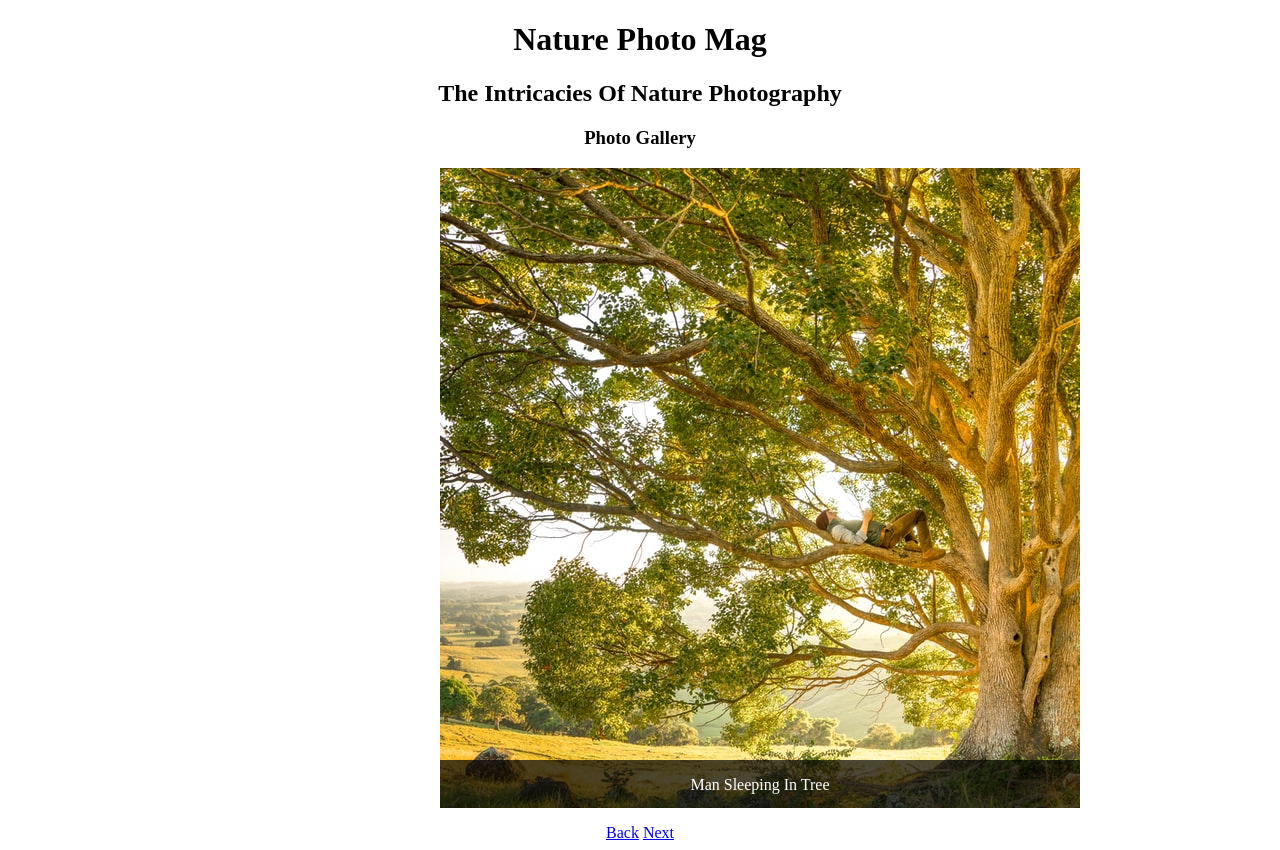
Repository: alexmaddux99/Image-Gallery
Page: index.html
An editor plug-in stored every save of this project. The page is shown before and after the next save, followed by the edit.
The browser window is 1280 px wide. The pictures show the whole page.

Above is the page before, as saved 2022-03-08 12:21:00.

After the next save:
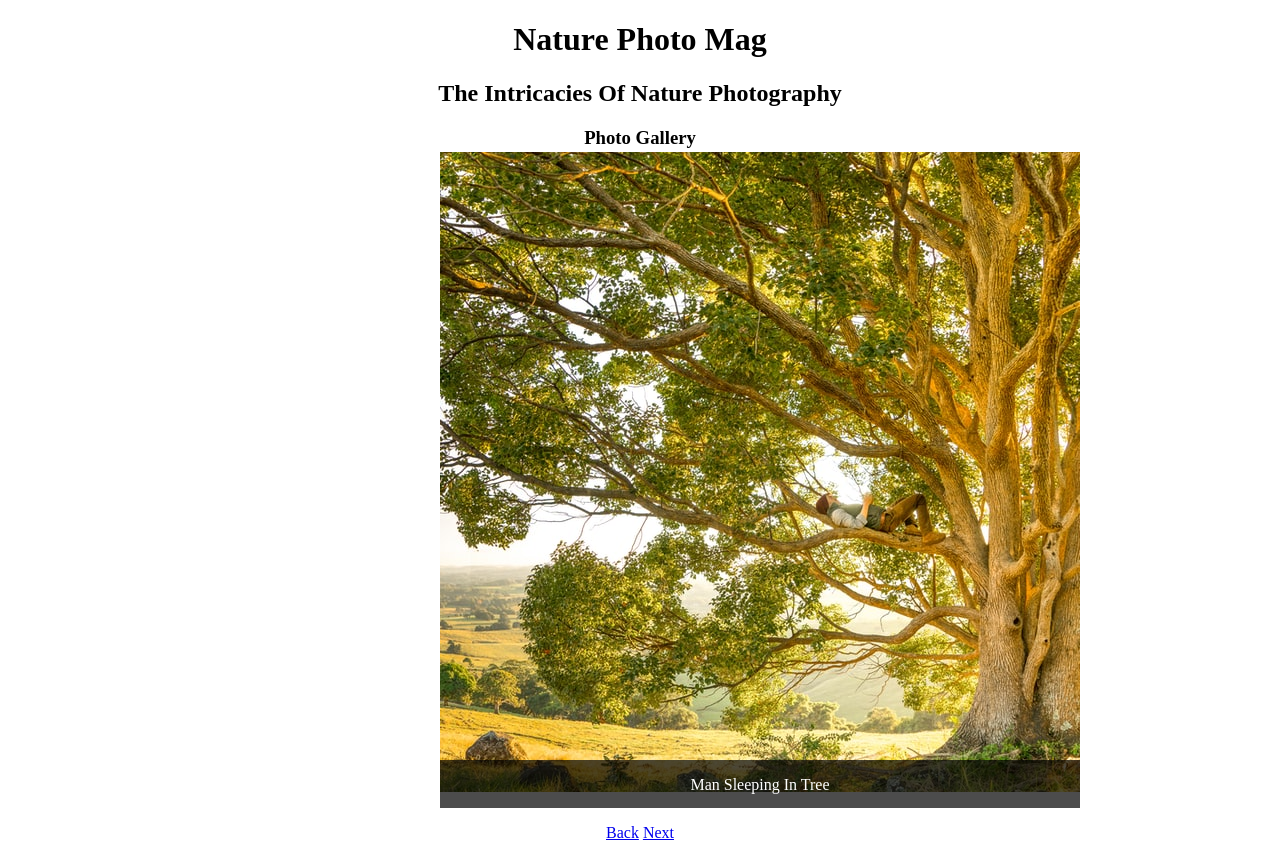
Saved 70 s later.
--- a/css/main.css
+++ b/css/main.css
@@ -55,3 +55,10 @@ section {
 .controls {
   display: none;
 }
+
+
+figure{
+  display: flex;
+    align-items: center;
+    justify-content: center;
+}

After the save that followed:
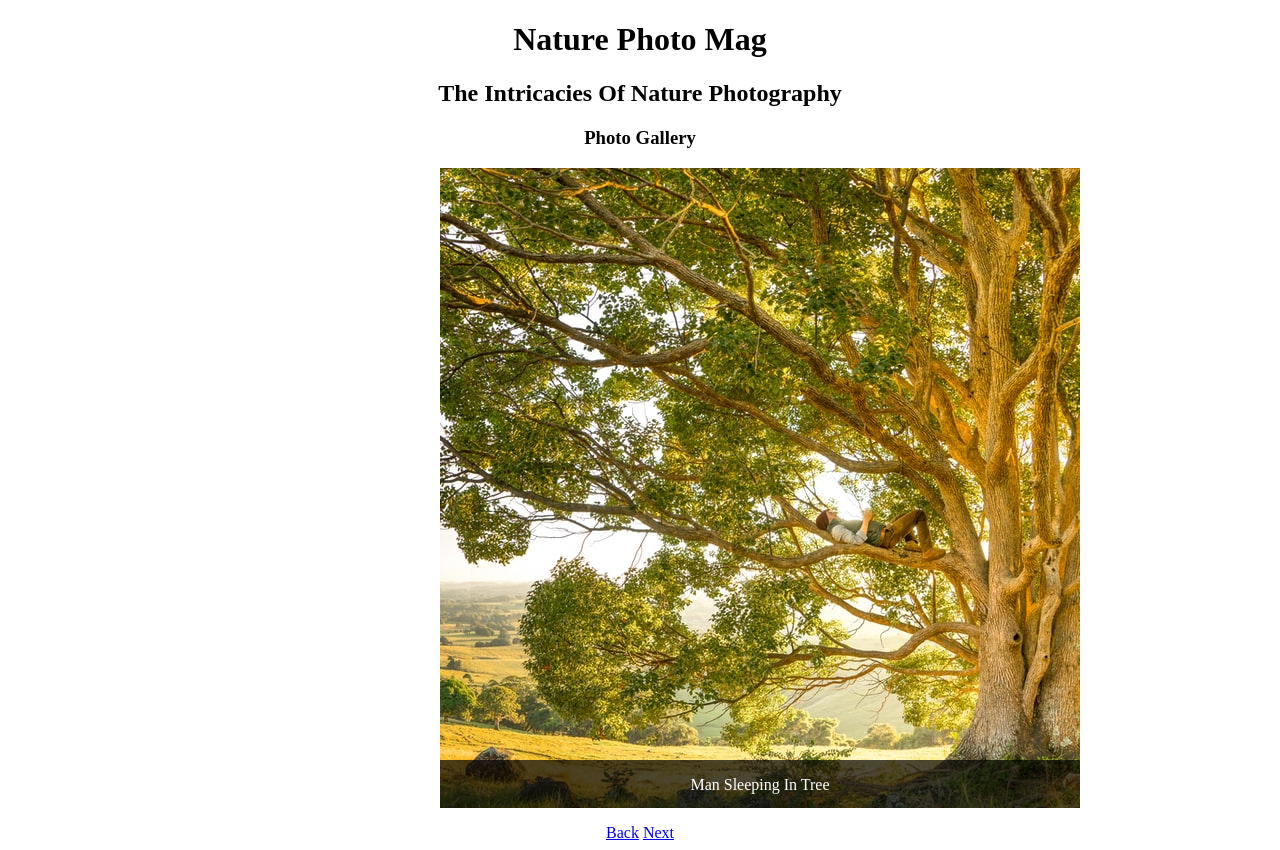
Saved 7 s later.
--- a/css/main.css
+++ b/css/main.css
@@ -58,7 +58,5 @@ section {
 
 
 figure{
-  display: flex;
-    align-items: center;
-    justify-content: center;
+
 }
